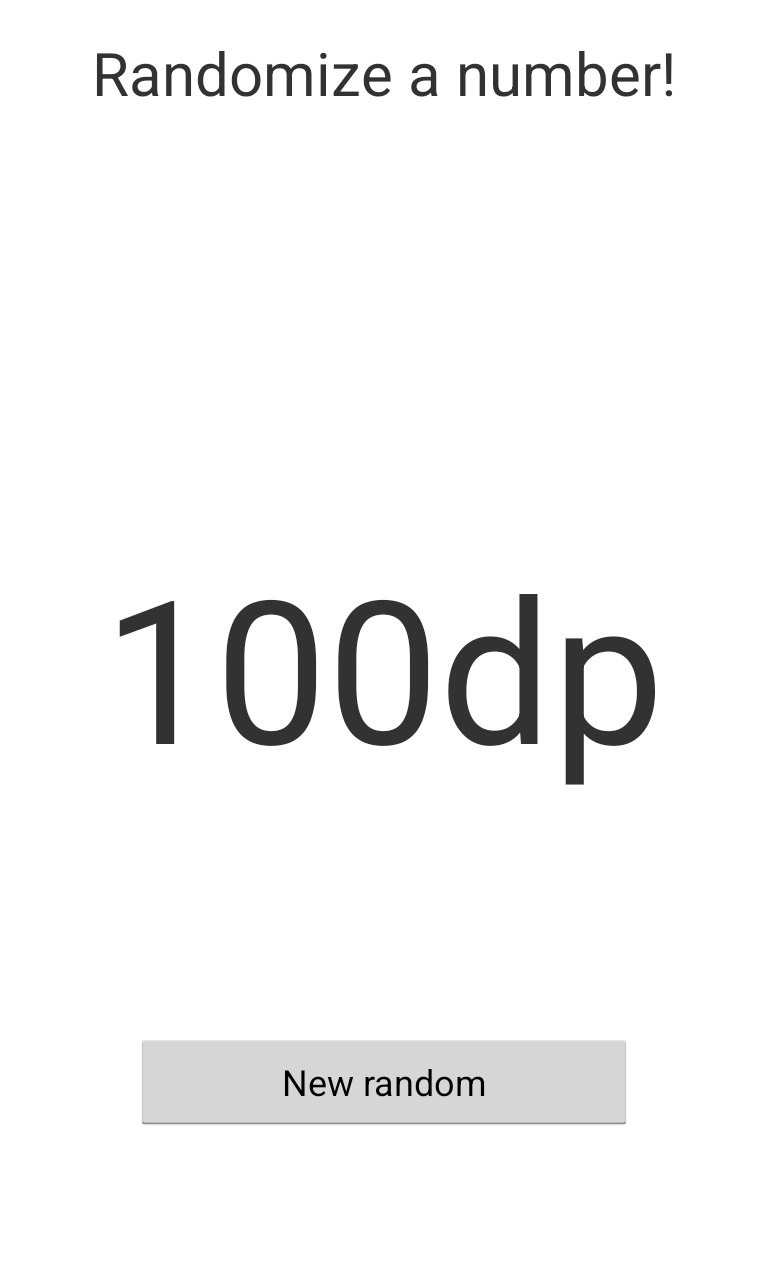
Repository: me222rs/AndroidLab1
Layout: Lab1/res/layout/activity_main.xml
These files come from the project's save history. The layout is drawn as it stood at one moment and after the next save; the edit follows.
It is drawn on a 768 x 1280 px phone screen (xhdpi) without system bars, with theme AppTheme; the app's code is not run.

Above is the layout before, as saved 2014-11-14 09:36:11.

After the next save:
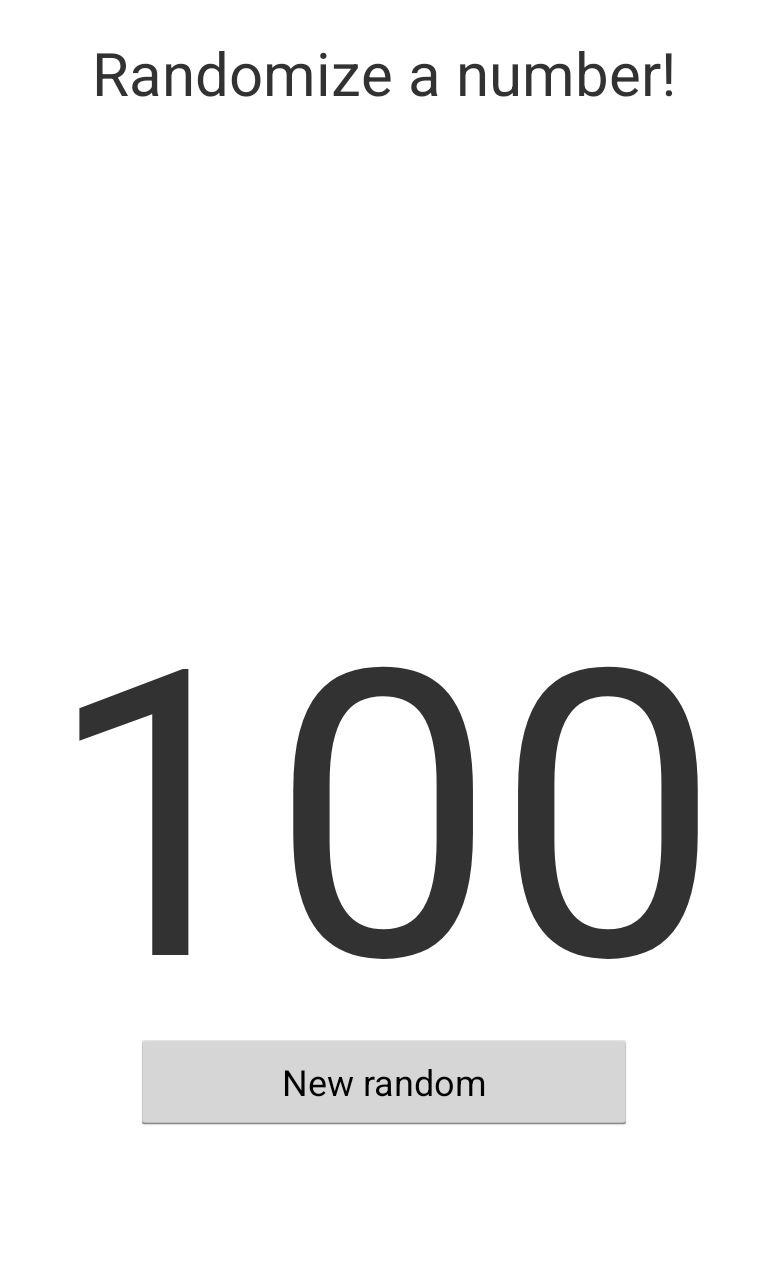
Saved 12 s later.
--- a/Lab1/res/layout/activity_main.xml
+++ b/Lab1/res/layout/activity_main.xml
@@ -24,8 +24,8 @@
        	android:layout_marginTop="250dp"
         android:layout_width="wrap_content"
         android:layout_height="wrap_content"
-        android:text="100dp"
-        android:textSize="100dp"
+        android:text="100"
+        android:textSize="200dp"
         android:layout_centerHorizontal="true"
         />
 
